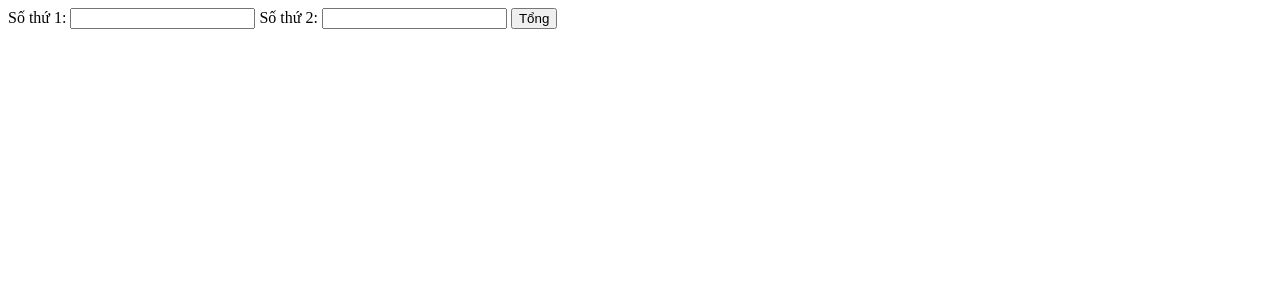
Repository: Pr-DuyTam/HTML-CSS-JS-PHP
Page: http://localhost/Bài 2 (Tính tổng)/TinhTong.php
These files come from the project's save history. The page is drawn as it stood at one moment and after the next save; the edit follows.
The browser window is 1280 px wide. The pictures show the whole page.
The page is run by PHP 8.4 with error messages shown; the project is at /var/www/html/.

Above is the page before, as saved 2023-09-02 10:35:15.

### PHP/Bài tập PHP/Bài 2 (Tính tổng)/TinhTong.php
<!DOCTYPE html>
<html lang="en">
<head>
    <meta charset="UTF-8">
    <meta http-equiv="X-UA-Compatible" content="IE=edge">
    <meta name="viewport" content="width=device-width, initial-scale=1.0">
    <title>Tính Tổng</title>
</head>
<body>
    <?php
        if(isset($_POST['btnTong']))
        {
            $a =$_POST['txtSoNhat'];
            $b =$_POST['txtSoHai'];
            if(is_numeric($a) && is_numeric($b))
            {
                $c = $a +$b;
                echo "Tổng $a + $b = $c";
            }else
            {
                echo "Giá trị nhập vào phải là số!";
            }
        }
    ?>
    <form method="POST" action="TinhTong.php">
        Số thứ 1: <input type="text" name="txtSoNhat"/>
        Số thứ 2: <input type="text" name="txtSoHai"/>
        <input type="submit" name="btnTong" value="Tổng">

    </form>
</body>
</html>

After the next save:
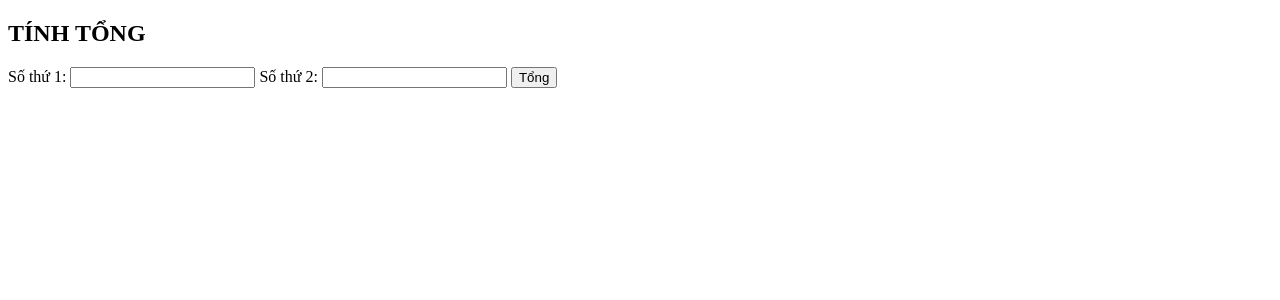
Saved 41 s later.
--- a/PHP/Bài tập PHP/Bài 2 (Tính tổng)/TinhTong.php
+++ b/PHP/Bài tập PHP/Bài 2 (Tính tổng)/TinhTong.php
@@ -7,6 +7,9 @@
     <title>Tính Tổng</title>
 </head>
 <body>
+    <div>
+        <h2>TÍNH TỔNG</h2>
+    </div>
     <?php
         if(isset($_POST['btnTong']))
         {
@@ -26,7 +29,6 @@
         Số thứ 1: <input type="text" name="txtSoNhat"/>
         Số thứ 2: <input type="text" name="txtSoHai"/>
         <input type="submit" name="btnTong" value="Tổng">
-
     </form>
 </body>
 </html>
